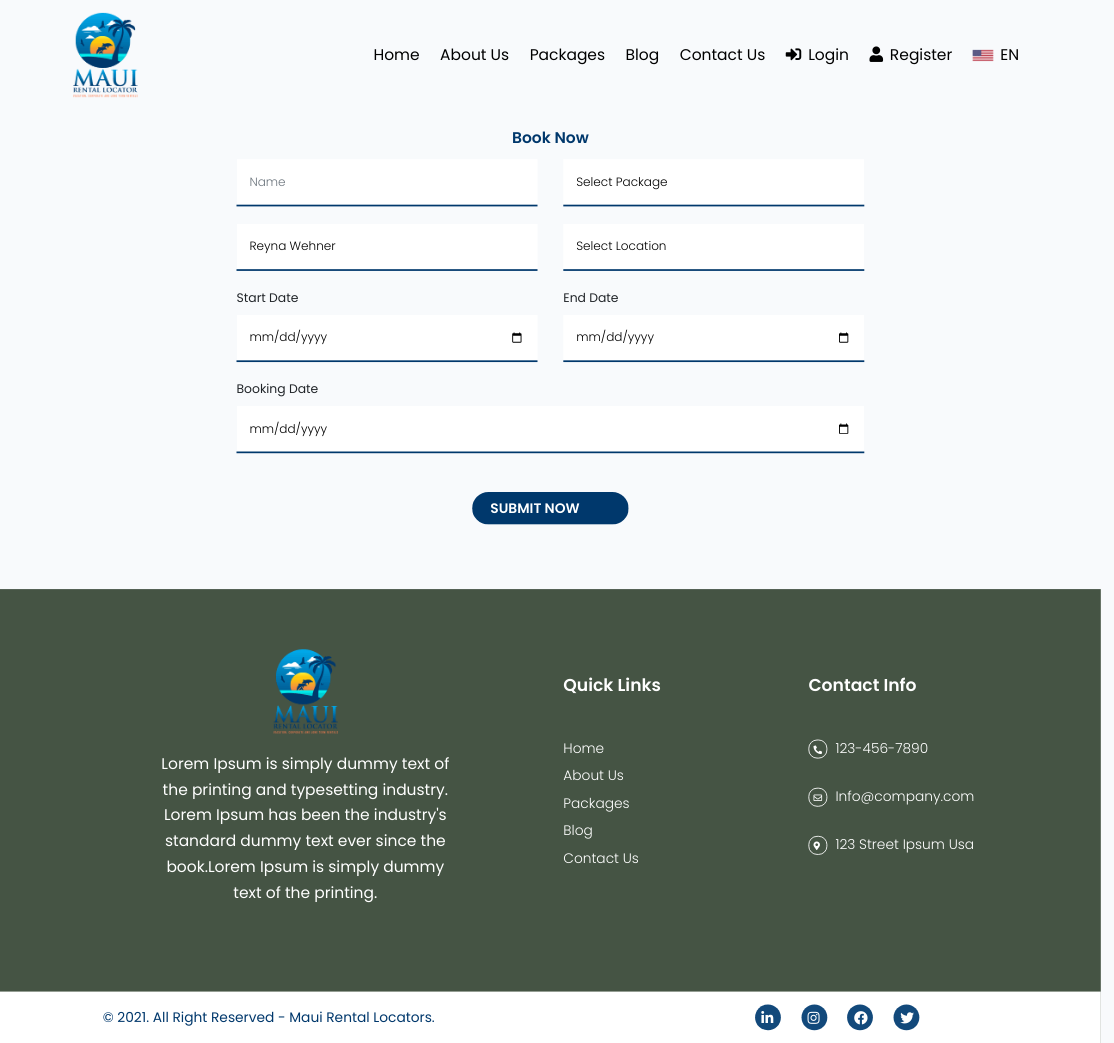
Repository: wasitmirani/laratest
Page: http://localhost/book/6
These files come from the project's save history. The page is drawn as it stood at one moment and after a run of saves; the edit follows.
The browser window is 1280 px wide. The page is 1295 px wide, so the pictures cover 1295 px, including what lies to the right of the window. The pictures show the whole page, at 86% of full size.
Some web libraries are served in a nearby version. The page is served by the project's Laravel application, run on PHP 8.4 with Laravel 8. The database holds what the project's SQL file puts in it.

Above is the page before, as saved 2021-06-30 12:33:33.
Console error: TypeError: Cannot read properties of undefined (reading 'settings')

After the next 3 saves:
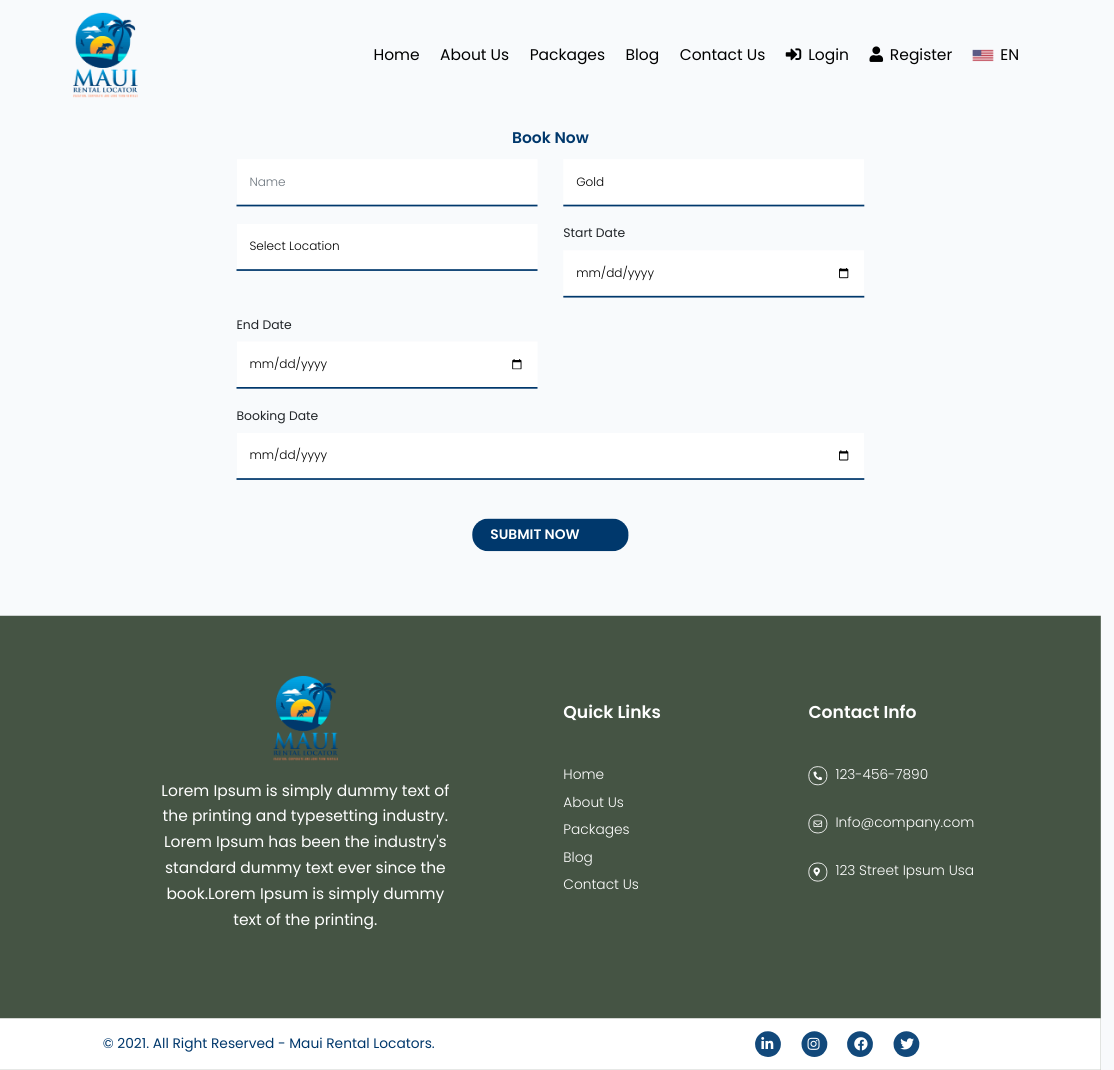
The 3 saves are shown as one change because 2 did not build or start.
The last was saved 2 min 2 s later.
--- a/app/Http/Controllers/FrontEndController.php
+++ b/app/Http/Controllers/FrontEndController.php
@@ -30,12 +30,12 @@ class FrontEndController extends Controller
     public function bookNow($id){
 
         $packages = Package::all();
-        $package = Package::where('id',$id)->first();
+        $pack = Package::where('id',$id)->first();
         $tour = Tour::where('id',$id)->first();
         $tours = Tour::all();
         $locations = Location::all();
 
-        return view('frontend.pages.booking',compact('packages','tour','tours','locations','package'));
+        return view('frontend.pages.booking',compact('packages','tour','tours','locations','pack'));
 
     }
 
--- a/resources/views/frontend/pages/booking.blade.php
+++ b/resources/views/frontend/pages/booking.blade.php
@@ -36,13 +36,15 @@
                           <select class="form-control" name="package">
                               <option>Select Package</option>
                               @foreach ($packages as $package)
-                              <option value="{{$package->id}}">{{$package->name}}</option>
+                              <option  value="{{$package->id}}" @if ($pack->id == $package->id)
+                                selected
+                              @endif>{{$package->name}}</option>
                               @endforeach
 
 
                           </select>
                         </div>
-                        <div class="col-lg-6">
+                        {{-- <div class="col-lg-6">
                             <select class="form-control" name="tour">
                                 <option>Select Tour</option>
                                 @foreach ($tours as $tour)
@@ -54,7 +56,7 @@
 
 
                             </select>
-                        </div>
+                        </div> --}}
                         <div class="col-lg-6">
                             <select class="form-control" name="location_id">
                                 <option>Select Location</option>

After the save that followed:
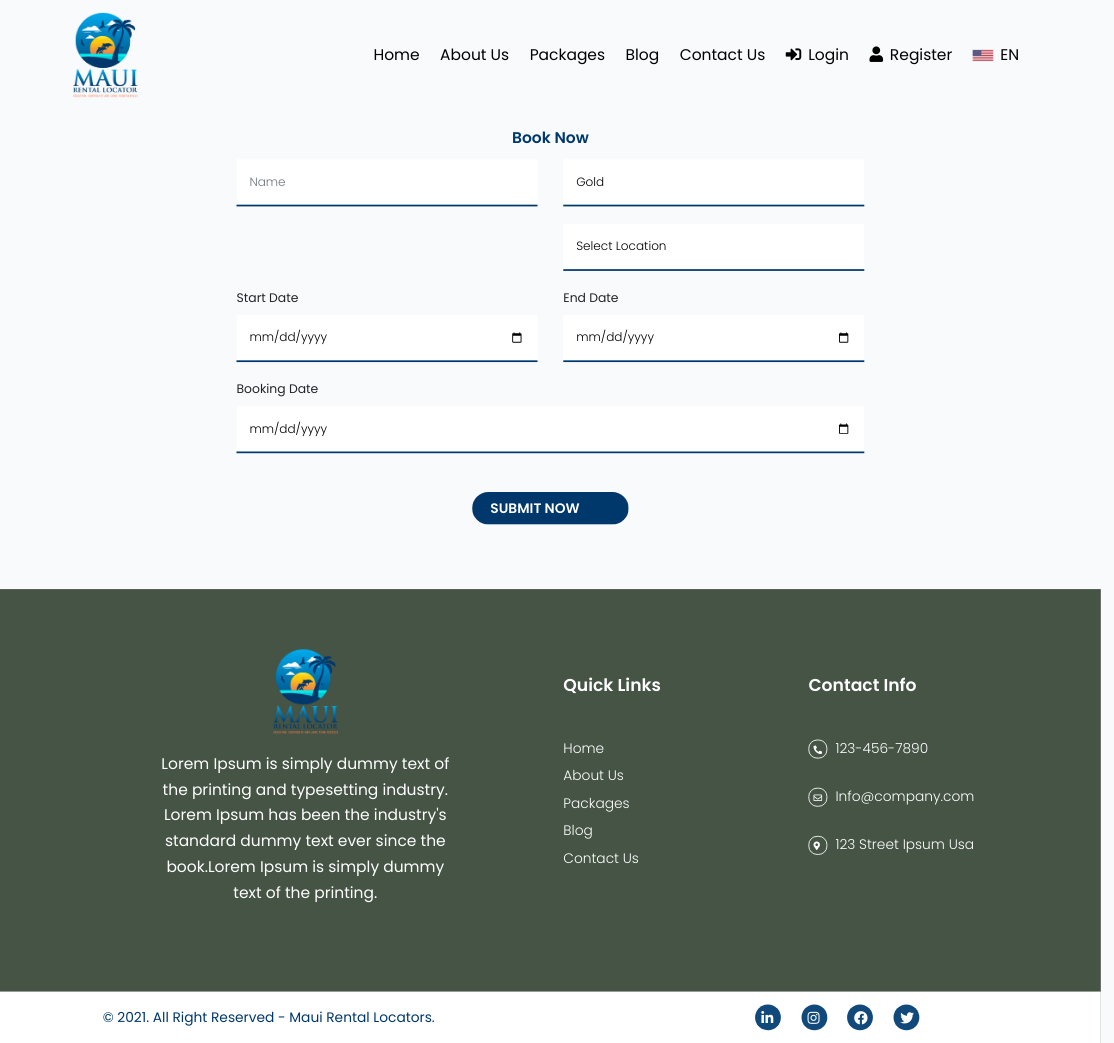
Saved 33 s later.
--- a/resources/views/frontend/pages/booking.blade.php
+++ b/resources/views/frontend/pages/booking.blade.php
@@ -44,8 +44,8 @@
 
                           </select>
                         </div>
-                        {{-- <div class="col-lg-6">
-                            <select class="form-control" name="tour">
+                     <div class="col-lg-6">
+                            {{-- <select class="form-control" name="tour">
                                 <option>Select Tour</option>
                                 @foreach ($tours as $tour)
                                 <option value="{{$tour->id}}" @if ($tour->id == $tour->id) {{'selected'}}
@@ -55,8 +55,8 @@
 
 
 
-                            </select>
-                        </div> --}}
+                            </select> --}}
+                        </div>
                         <div class="col-lg-6">
                             <select class="form-control" name="location_id">
                                 <option>Select Location</option>
